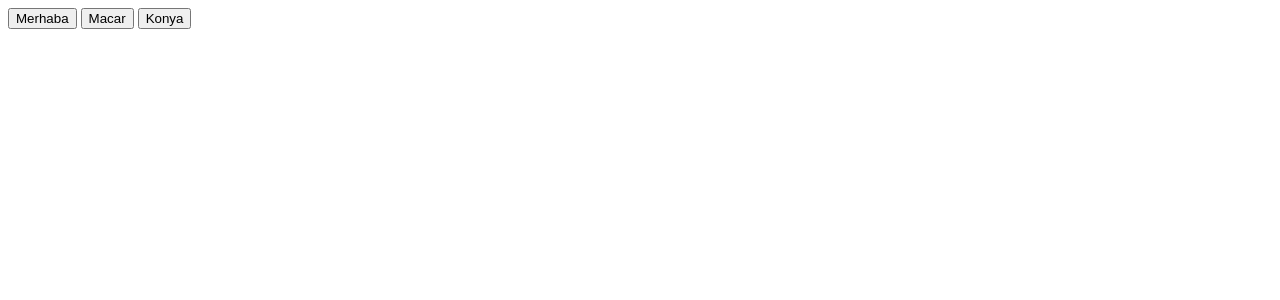
Repository: Sonvatan/Sonvatan
Page: JavaScript-Test.html
An editor plug-in stored every save of this project. The page is shown before and after the next save, followed by the edit.
The browser window is 1280 px wide. The pictures show the whole page.

Above is the page before, as saved 2024-01-16 11:22:22.

### JavaScript-Test.html
<html>
    <head>
        <title>Merhaba JavaScript</title>

    </head>
    <body>
        <button onclick='SonmacarTest()' >Merhaba</button>
        <button onclick='SonmacarTest()' >Macar</button>
        <button onclick='SonmacarTest()' >Konya</button>
        <script>
            var x = 9;
            var y = 4;
            function SonmacarTest() {
                alert(x + y );
                alert(x - y );
                alert(x * y );
            }



        </script>




    </body>
</html>

After the next save:
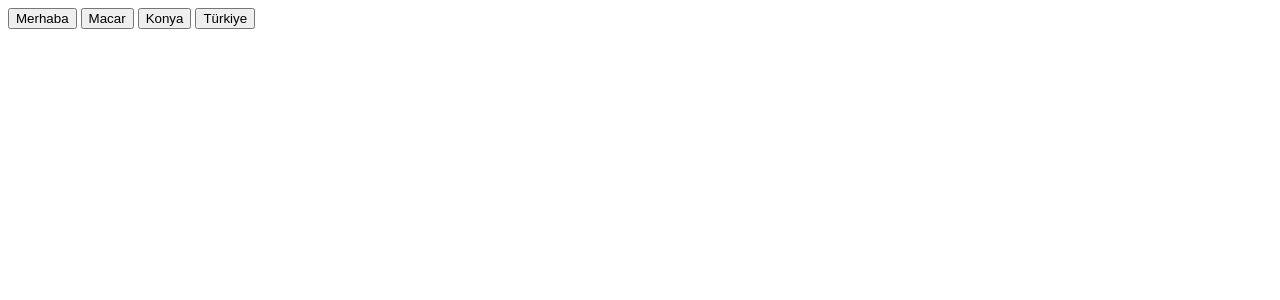
Saved 82 s later.
--- a/JavaScript-Test.html
+++ b/JavaScript-Test.html
@@ -7,6 +7,7 @@
         <button onclick='SonmacarTest()' >Merhaba</button>
         <button onclick='SonmacarTest()' >Macar</button>
         <button onclick='SonmacarTest()' >Konya</button>
+        <button onclick='SonmacarTest()' >Türkiye</button>
         <script>
             var x = 9;
             var y = 4;
@@ -14,6 +15,7 @@
                 alert(x + y );
                 alert(x - y );
                 alert(x * y );
+                alert(x / y );
             }
 
 
